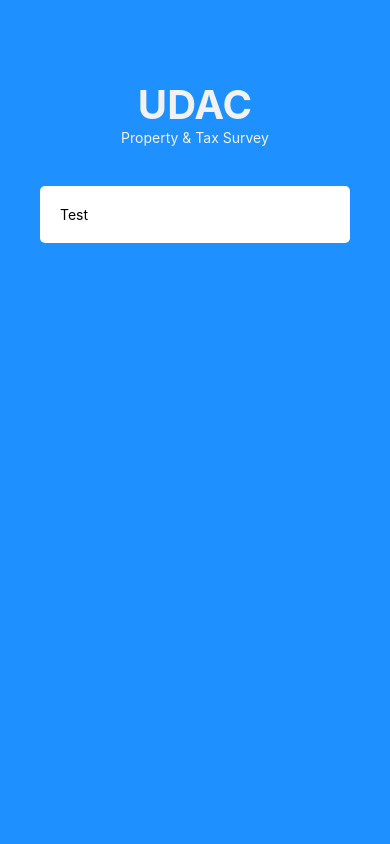
Repository: metalysm/BasicLoginPage
Screen: /
The author's editor kept a copy of each file at every save. The screen is drawn from the files as they stood at one save, then again after the next save.
The app was drawn by React Native's web renderer in a window 390 px wide. The project was rebuilt for these pictures with package versions that can differ from the ones it lists, and the page was loaded fresh each time.

Above is the screen before, as saved 2019-12-05 11:18:54.

After the next save:
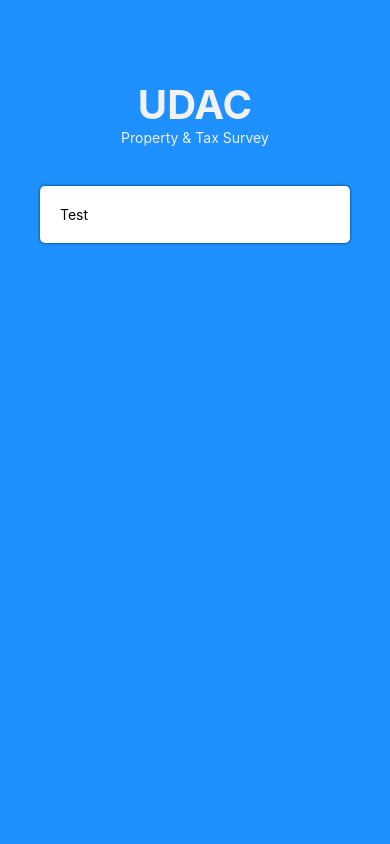
Saved 22 s later.
--- a/App.js
+++ b/App.js
@@ -61,7 +61,7 @@ const styles = StyleSheet.create({
     borderRadius: 5,
 
     shadowColor:'black',
-    shadowOpacity: .3, //0 ile 1 arasında bir rakam girilir.
-
+    shadowOpacity: .7, //0 ile 1 arasında bir rakam girilir.
+    shadowRadius: 3
   }
 });
